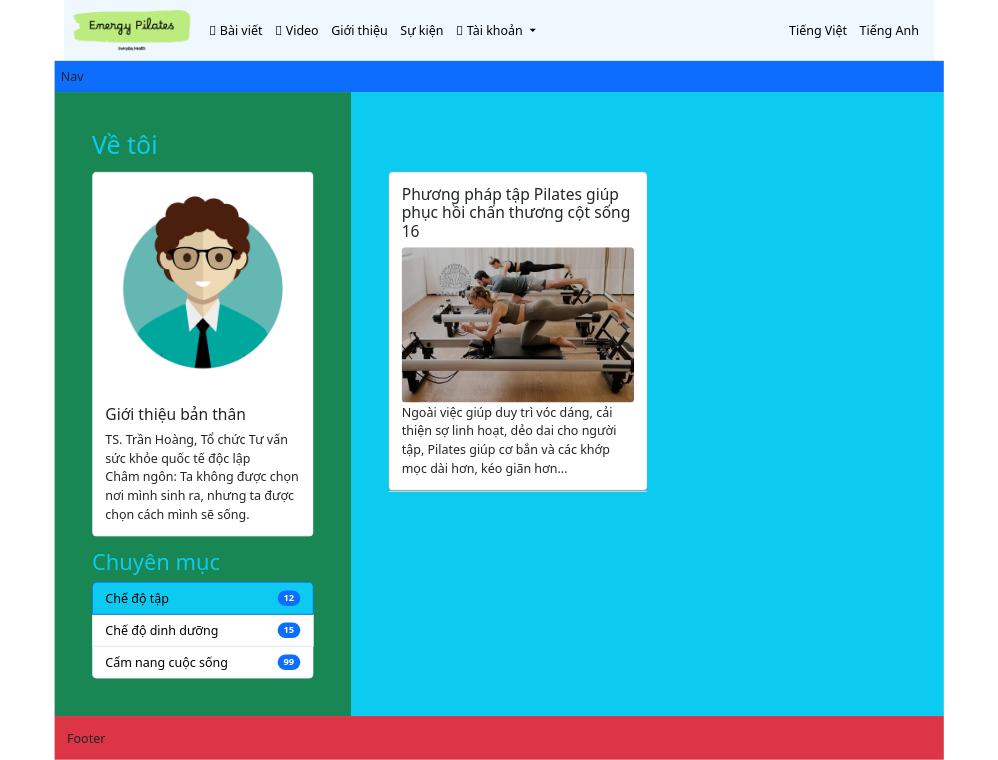
Repository: KizukoHeiwa/SOF308
Page: Lab1/index.html
The author's editor kept a copy of each file at every save. The page is drawn from the files as they stood at one save, then again after the next save.
The browser window is 1280 px wide. The pictures show the whole page, at 78% of full size.

Above is the page before, as saved 2024-10-31 10:28:49.

### Lab1/index.html
<!DOCTYPE html>
<html lang="en">
<head>
    <meta charset="UTF-8">
    <meta name="viewport" content="width=device-width, initial-scale=1.0">
    <title>FPT Polytechnic</title>
    <link href="https://cdn.jsdelivr.net/npm/bootstrap@5.3.3/dist/css/bootstrap.min.css" rel="stylesheet" integrity="sha384-QWTKZyjpPEjISv5WaRU9OFeRpok6YctnYmDr5pNlyT2bRjXh0JMhjY6hW+ALEwIH" crossorigin="anonymous">
    <script src="https://cdn.jsdelivr.net/npm/bootstrap@5.3.3/dist/js/bootstrap.bundle.min.js" integrity="sha384-YvpcrYf0tY3lHB60NNkmXc5s9fDVZLESaAA55NDzOxhy9GkcIdslK1eN7N6jIeHz" crossorigin="anonymous"></script>
    <link rel="stylesheet" href="https://cdnjs.cloudflare.com/ajax/libs/font-awesome/4.7.0/css/font-awesome.min.css">
    <style>
        header{
            background-color: aliceblue;
            /* box-shadow: 1px 1px 2px 1px lightgray; */
        }
        .nav-link{
            color: black;
        }
        .nav-link:hover{
            color: green;
        }
        .navbar-nav .nav-link.active, .navbar-nav .nav-link.show {
            color: green;
        }
    </style>

</head>
<body>
    <div class="container">
        <header>
            <nav class="navbar navbar-expand-sm">
                <div class="container">
                    <a class="navbar-brand" href="#">
                        <img src="img/logo-energy-pilates.png" alt="" style="width: 150px;">
                    </a>
                    <div class="collapse navbar-collapse" id="collapsibleNavbar">
                        <ul class="navbar-nav me-auto">
                            <li class="nav-item">
                                <a class="nav-link" href="#"><i class="fa-solid fa-list"></i> Bài viết</a>
                            </li>
                            <li class="nav-item">
                                <a class="nav-link" href="#"><i class="fa-solid fa-film"></i> Video</a>
                            </li>
                            <li class="nav-item">
                                <a class="nav-link" href="#"><i class="fa-solid fa-circle-info"></i> Giới thiệu</a>
                            </li>
                            <li class="nav-item">
                                <a class="nav-link" href="#"><i class="fa-solid fa-calendar-days"></i> Sự kiện</a>
                            </li>
                            <li class="nav-item dropdown">
                                <a class="nav-link dropdown-toggle" href="#" role="button" data-bs-toggle="dropdown">
                                    <i class="fa-solid fa-user"></i> Tài khoản
                                </a>
                                <ul class="dropdown-menu">
                                    <li><a class="dropdown-item" href="#">Đăng nhập</a></li>
                                    <li><a class="dropdown-item" href="#">Quên mật khẩu</a></li>
                                    <li><a class="dropdown-item" href="#">Đăng ký thành viên</a></li>
                                </ul>
                            </li>
                        </ul>
                        <ul class="navbar-nav d-flex">
                            <li class="nav-item">
                                <a class="nav-link">Tiếng Việt</a>
                            </li>
                            <li class="nav-item">
                                <a class="nav-link">Tiếng Anh</a>
                            </li>
                        </ul>
                    </div>
                </div>
            </nav>
        </header>
        <nav class="row bg-primary p-2">Nav</nav>
        <section class="row">
            <aside class="col-sm-4 bg-success p-5">
                <div class="col-sm">
                    <h2 class="text-info mb-3">Về tôi</h2>
                    <div class="card mb-3">
                        <img src="img/avatar.png" class="card-img-top" alt="">
                        <div class="card-body">
                            <h5 class="card-title">Giới thiệu bản thân</h5>
                            <p class="card-text">TS. Trần Hoàng, Tổ chức Tư vấn sức khỏe quốc tế độc lập <br>
                                Châm ngôn: Ta không được chọn nơi mình sinh ra, nhưng ta được chọn cách mình sẽ sống.
                            </p>
                        </div>
                    </div>

                    <h3 class="text-info mt-2">Chuyên mục</h3>
                    <ul class="list-group">
                        <li class="list-group-item active bg-info d-flex justify-content-between align-items-center">
                            <a class="nav-link" href="#">Chế độ tập</a>
                            <span class="badge bg-primary rounded-pill">12</span>
                        </li>
                        <li class="list-group-item d-flex justify-content-between align-items-center">
                            <a class="nav-link" href="#">Chế độ dinh dưỡng</a>
                            <span class="badge bg-primary rounded-pill">15</span>
                        </li>
                        <li class="list-group-item d-flex justify-content-between align-items-center">
                            <a class="nav-link" href="#">Cẩm nang cuộc sống</a>
                            <span class="badge bg-primary rounded-pill">99</span>
                        </li>
                    </ul>
                    <!-- end Chuyên mục -->
                </div>
            </aside>
            <article class="col-sm-8 bg-info p-5">
                <div class="col-sm">
                    <h2 class="text-info mb-3">Blog của tôi</h2>
                    <div class="card col-sm-6">
                        <div class="card-body">
                            <h5 class="card-title">Phương pháp tập Pilates giúp phục hồi chấn thương cột sống <i class="fa-solid fa-message"></i> 16</h5>
                            <img src="img/tap-piltes.jpg" alt="" class="card-img">
                            <p class="card-text">Ngoài việc giúp duy trì vóc dáng, cải thiện sợ linh hoạt, dẻo dai cho người tập, Pilates giúp cơ bắn và các khớp mọc dài hơn, kéo giãn hơn...</p>
                        </div>
                    </div>
                    <div class="card col-sm-6">
                        <div class="col-4"></div>
                    </div>
                </div>
            </article>
        </section>
        <footer class="row bg-danger p-3">Footer</footer>
    </div>
</body>
</html>

After the next save:
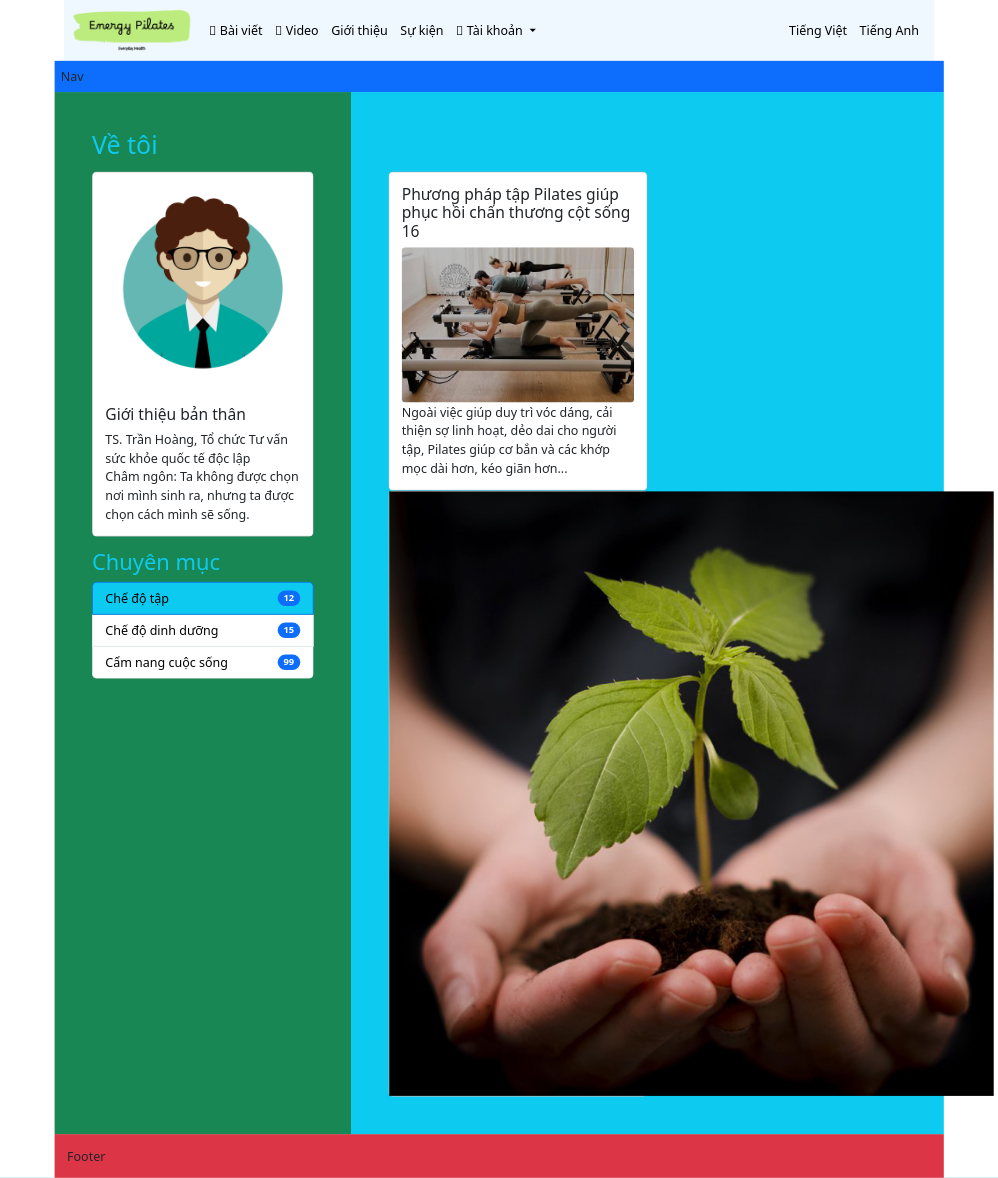
Saved 22 s later.
--- a/Lab1/index.html
+++ b/Lab1/index.html
@@ -113,7 +113,9 @@
                         </div>
                     </div>
                     <div class="card col-sm-6">
-                        <div class="col-4"></div>
+                        <div class="col-4">
+                            <img src="img/corevalue.jpg" alt="">
+                        </div>
                     </div>
                 </div>
             </article>
